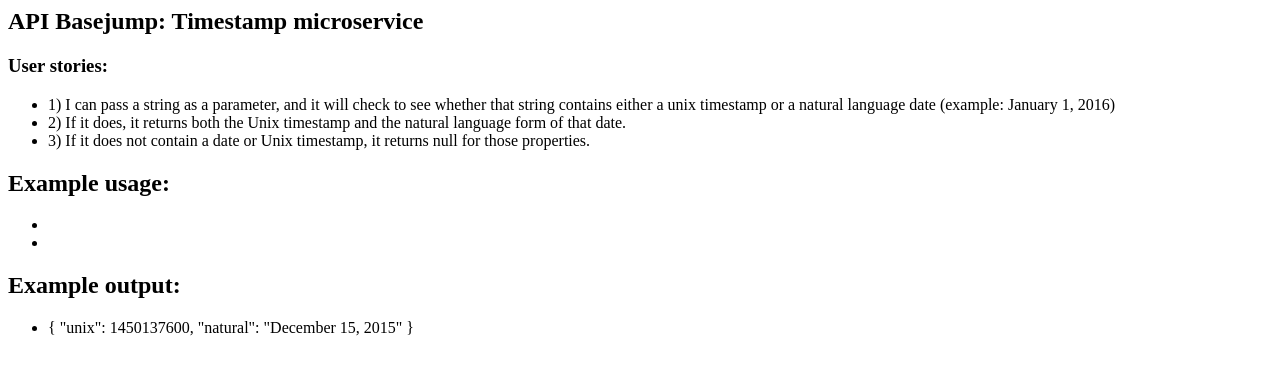
Repository: jocarosa/test
Page: public/index.html
The author's editor kept a record of every edit. The page is drawn from the files as they stood at one moment, then again after the next edit.
The browser window is 1280 px wide. The pictures show the whole page.

Above is the page before.

After the next edit:
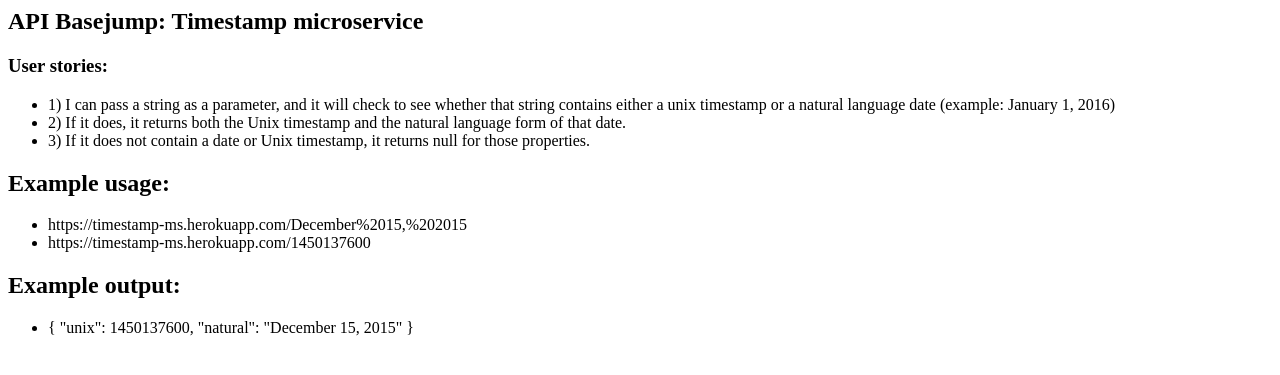
The edit:
--- a/public/index.html
+++ b/public/index.html
@@ -15,10 +15,8 @@
 
         <h2>Example usage:</h2>
         <ul>
-          <li>
-          </li>
-          <li>
-          </li>
+          <li>https://timestamp-ms.herokuapp.com/December%2015,%202015</li>
+          <li>https://timestamp-ms.herokuapp.com/1450137600</li>
         </ul>
 
         <h2>Example output:</h2>
